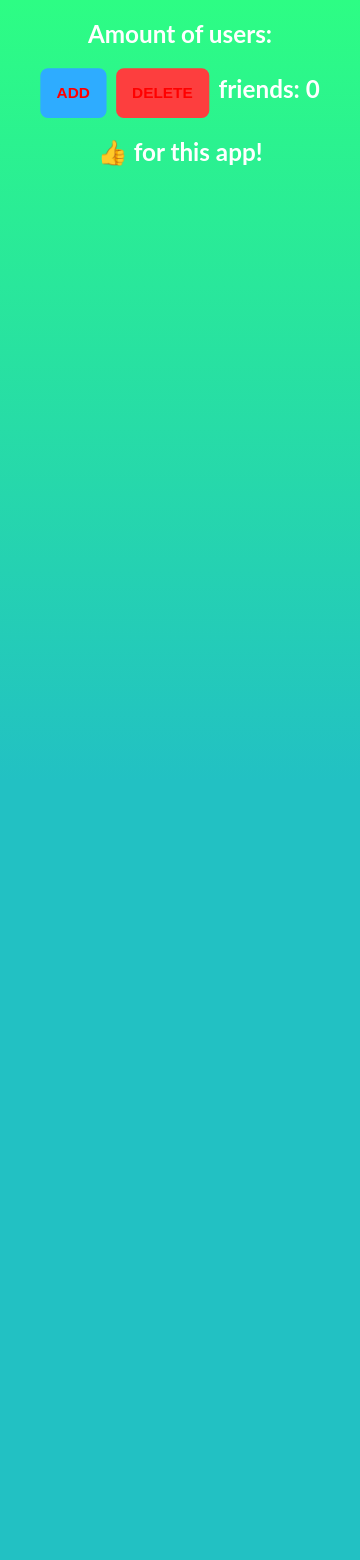
Repository: marcinszymaszek/facelook
Page: /
The author's editor kept a copy of each file at every save. The page is drawn from the files as they stood at one save, then again after the next save.
The browser window is 375 px wide. The pictures show the whole page, at 96% of full size.
The page's requests for data from a server got no answer. The project was rebuilt for these pictures with package versions that can differ from the ones it lists, and the page was loaded fresh each time. No one was signed in, and anything a server would have sent is missing.

Above is the page before, as saved 2020-01-13 19:16:36.

### src/index.js
import React from 'react';
import ReactDOM from 'react-dom';
import './index.css';
import App from '../src/components/main/App';
import * as serviceWorker from './serviceWorker';

ReactDOM.render(<App />, document.getElementById('root'));

// If you want your app to work offline and load faster, you can change
// unregister() to register() below. Note this comes with some pitfalls.
// Learn more about service workers: https://bit.ly/CRA-PWA
serviceWorker.unregister();

### src/components/main/App.js
import React, { useState, useEffect } from 'react';
import Users from '../users/Users'
import MainInfo from '../information/MainInfo'
import axios from 'axios';

const App = () => {
  const [data, setData] = useState({ data: [] });

  useEffect(() => {

    //fetch via axios
    const fetchData = async () => {
      const result = await axios('https://reqres.in/api/users?page=2');
      setData(result.data);
    }
    fetchData();

    //   //fetch via fetch() method
    //   const fetchData = async () => {
    //     const response = await fetch('https://reqres.in/api/users?page=2');
    //     let data = await response.json()
    //     setData(data);
    //   }
    //     fetchData();

  }, []);

  const usersAmount = data.per_page;

  const allUsers = data.data.map(user => {
    return <>
      <p className="basic-info-article">
        <img src={user.avatar} alt='avatar' /><br />
        User name: <strong>{user.first_name}</strong>
      </p>
      <br />
    </>
  }
  );

  return (
    <>
      <div>
        <MainInfo usersAmount={usersAmount} />
        <Users allUsers={allUsers} />
      </div>
    </>
  )
}

export default App;

### src/components/users/Users.js
import React from 'react';
import './Users.css'

const Users = ({ allUsers }) => {

  return (
    <div className="info-container">
      <div>
        {allUsers}
      </div>
    </div>
  )

}

export default Users;

### src/components/information/MainInfo.js
import React, { useState } from 'react';
import './MainInfo.css'

const MainInfo = ({ usersAmount }) => {
    const [friends, setFreinds] = useState(0);
    const [isLiked, setIsLiked] = useState(true);

    function toggle() {
        setIsLiked(!isLiked);
    }

    return (
        <div className="info-container">
            <h3>
                Amount of users: {usersAmount}
            </h3>
            <h3>
                <button className="btn-add" onClick={() => setFreinds(friends + 1)}>ADD</button>
                <button className="btn-delete" onClick={() => setFreinds(friends - 1)}>DELETE</button>
                friends: {friends}
            </h3>
            <h3 id="thumb-txt" onClick={toggle}>
                {isLiked ? <span className="thumb" role="img" aria-label="like">&#128077;</span> :
                    <span className="thumb" role="img" aria-label="like">&#128078;</span>} for this app!
            </h3 >
            <br /><br />
        </div >
    )
}

export default MainInfo;

//========= SoloLearn =======================================================

### src/components/users/Users.css
body{
    color: rgb(255, 255, 255);
    font-family: Lato, sans-serif;
    font-size: 1.5em;
    background: rgb(34,193,195);
    background: linear-gradient(0deg, rgba(34,193,195,1) 50%, rgba(45,253,132,1) 100%);
    background-repeat: no-repeat;
    height: 100rem;
}

.info-container{
    line-height: 20px;
    font-size: 1.3rem;
    text-align: center;
}

img{
    margin-bottom: 0.5rem;
}

@media screen and (max-width: 1028px){
        .info-container{
            font-size: 1em;
        }
    }

@media screen and (max-width: 480px){
        .info-container{
            font-size: 0.9em;
        }
    }

### src/components/information/MainInfo.css
.thumb{
    cursor: pointer;
}

.btn-add, .btn-delete {
    background-color: rgb(46, 172, 255);
    border: none;
    color: white;
    padding: 10px 20px;
    text-align: center;
    text-decoration: none;
    display: inline-block;
    font-size: 16px;
    cursor: pointer;
    outline: 0;
    border-radius: 0.5em;
    margin-right: 10px;
    font-weight: bold;
}

@media screen and (max-width: 480px){
    .btn-add, .btn-delete {
        padding: 17px 17px;
        color: red;
    }
}

.btn-add {
    background-color: rgb(46, 172, 255);
}

.btn-add:hover{
    background-color: rgb(30, 165, 255);
}

.btn-delete {
    background-color: rgb(253, 62, 62);
}

.btn-delete:hover {
    background-color:  rgb(255, 38, 38);
}

Loaded but not shown: public/index.html (common file); src/index.css (common file); src/serviceWorker.js (common file)

After the next save:
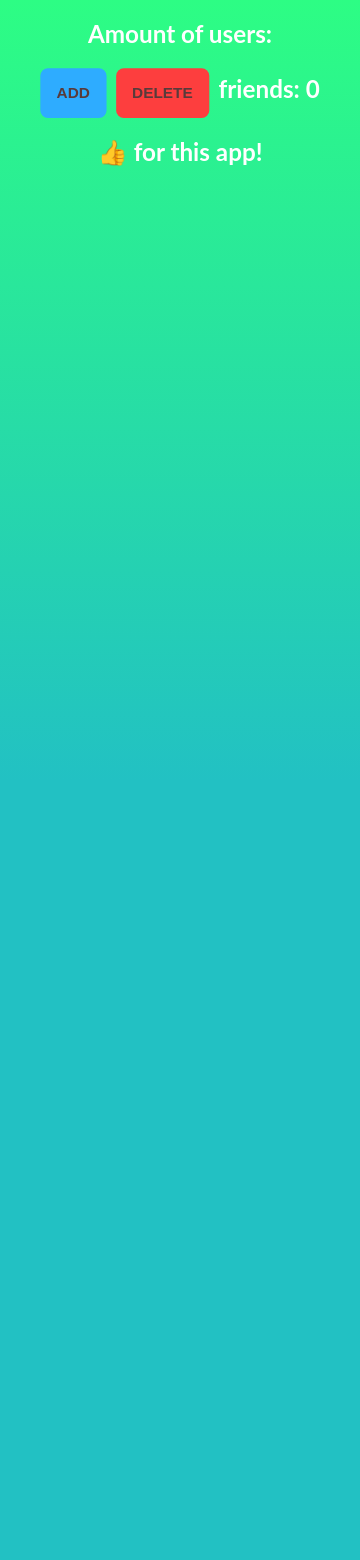
Saved 12 s later.
--- a/src/components/information/MainInfo.css
+++ b/src/components/information/MainInfo.css
@@ -21,7 +21,7 @@
 @media screen and (max-width: 480px){
     .btn-add, .btn-delete {
         padding: 17px 17px;
-        color: red;
+        color: rgb(88, 59, 59);
     }
 }
 
